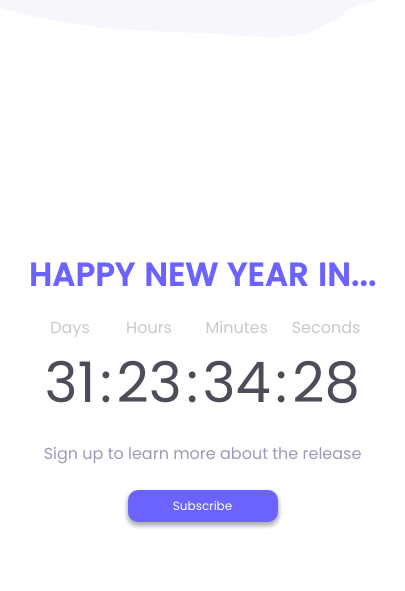
Repository: BrunoBross/countdown
Page: index.html
These files come from the project's save history. The page is drawn as it stood at one moment and after the next save; the edit follows.
The browser window is 375 px wide. The page is 405 px wide, so the pictures cover 405 px, including what lies to the right of the window. The pictures show the whole page.

Above is the page before, as saved 2021-11-30 01:31:00.

After the next save:
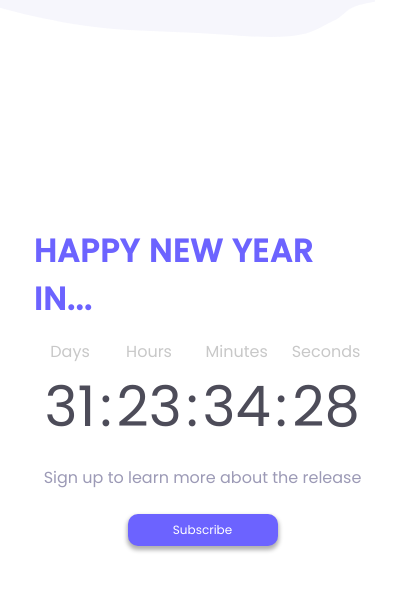
Saved 5 s later.
--- a/style.css
+++ b/style.css
@@ -105,6 +105,6 @@ body{
   }
 
   .content{
-    width: 100%;
+    width: 90vw;
   }
 }
